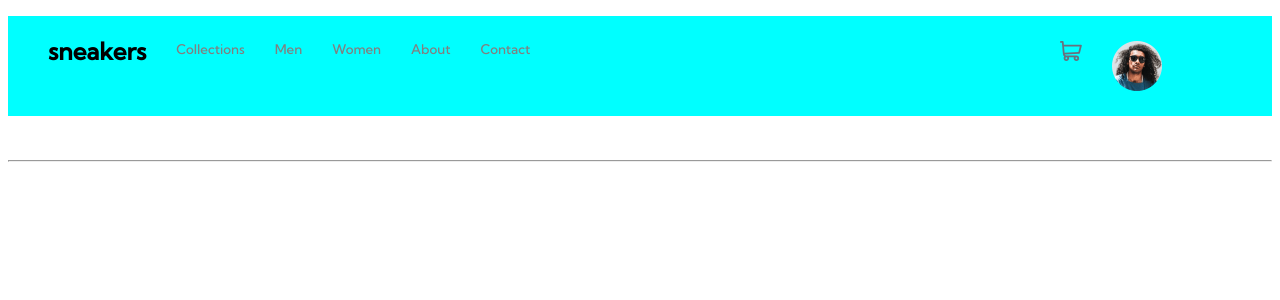
Repository: Abhi2359/frontendchallenge-2
Page: /
The author's editor kept a copy of each file at every save. The page is drawn from the files as they stood at one save, then again after a run of saves.
The browser window is 1280 px wide. The pictures show the whole page.
The project was rebuilt for these pictures with package versions that can differ from the ones it lists, and the page was loaded fresh each time.

Above is the page before, as saved 2023-02-11 00:25:31.

### src/App.js
import Navbar from "./components/Navbar/Navbar";


function App() {
  return (
    <div className="App">
     <Navbar/>

    </div>
  );
}

export default App;

### src/components/Navbar/Navbar.js
import React from "react";
import "./Navbar.css";
import { ReactComponent as Cart } from "../assets/images/icon-cart.svg";
import avatar from "../assets/images/image-avatar.png";
const Navbar = () => {
  return (
    <header className="header">
      <div className="navigation">
        <nav className="navbar">
          <ul>
            <h1>sneakers</h1>
            <li>
              <a href="#">Collections</a>
            </li>
            <li>
              <a href="#">Men</a>
            </li>
            <li>
              <a href="#">Women</a>
            </li>
            <li>
              <a href="#">About</a>
            </li>
            <li>
              <a href="#">Contact</a>
            </li>
            <div class="cart">
              <li>
                <Cart />
              </li>
              <li>
                <img src={avatar} alt="avatar-logo" className="avatar" />
              </li>
            </div>
          </ul>
          <div class="horizontal_break">

          <hr  />
          </div>
        </nav>
      </div>
    </header>
  );
};

export default Navbar;

### src/components/Navbar/Navbar.css
@import url('https://fonts.googleapis.com/css2?family=Kumbh+Sans:wght@500&family=Poppins:ital,wght@0,300;0,400;0,500;1,600&display=swap');


.header{
    background-color: aqua;
    height: 100px;
}

.navigation{

   b
}
.navbar{
    height: 20px;
}
.navbar ul{
    display: flex;
    list-style-type: none;
    font-family: 'Kumbh Sans', sans-serif;



}
.navbar ul li{
    margin-top: 25px;
    margin-left: 30px;
    font-size: smaller;
}

.navbar ul li a{
 text-decoration: none;
 color: gray;
}

 h1{
    font-weight: 600;
 }

 .avatar{
    height: 50px;
    padding-bottom: 50px;
    flex-grow: 4;
 }
.cart{
    display: flex;
    margin-left: 500px;
}
 .horizontal_break{
    margin-bottom: 20px;
 }

Loaded but not shown: public/index.html (common file); src/index.js (common file)

After the next 2 saves:
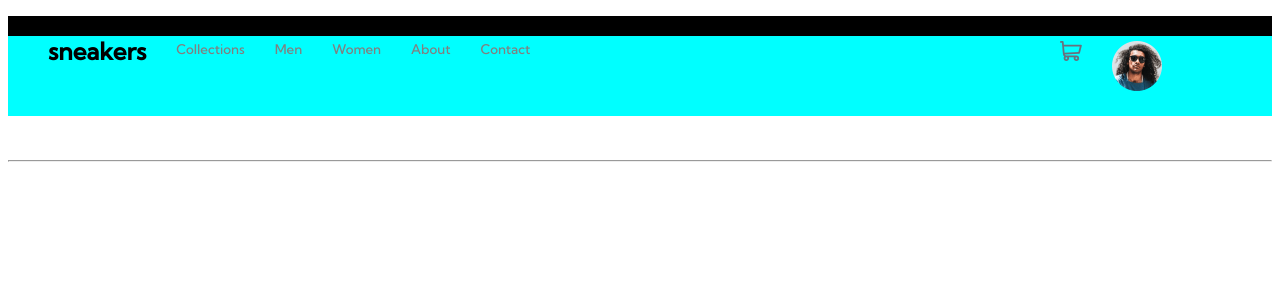
The 2 saves are shown as one change because they came seconds apart.
The last was saved 8 s later.
--- a/src/components/Navbar/Navbar.css
+++ b/src/components/Navbar/Navbar.css
@@ -8,7 +8,7 @@
 
 .navigation{
 
-   b
+   background-color: black;
 }
 .navbar{
     height: 20px;

After the 2 saves that followed:
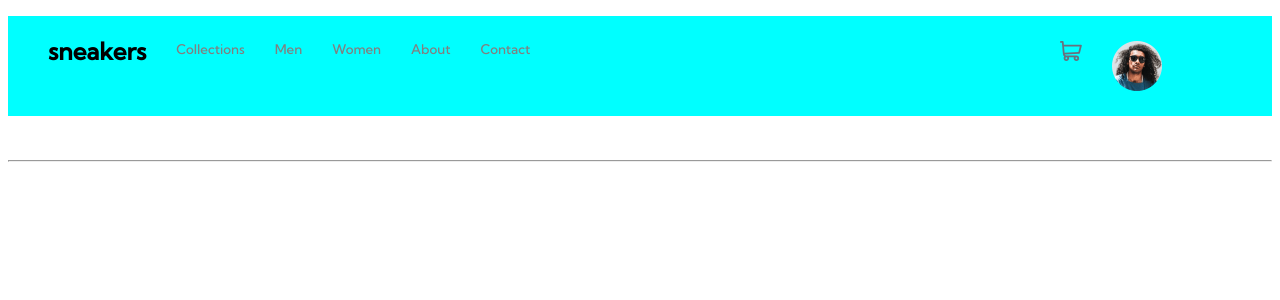
The 2 saves are shown as one change because 1 did not build or start.
The last was saved 32 s later.
--- a/src/components/Navbar/Navbar.js
+++ b/src/components/Navbar/Navbar.js
@@ -5,7 +5,7 @@ import avatar from "../assets/images/image-avatar.png";
 const Navbar = () => {
   return (
     <header className="header">
-      <div className="navigation">
+
         <nav className="navbar">
           <ul>
             <h1>sneakers</h1>
@@ -38,7 +38,7 @@ const Navbar = () => {
           <hr  />
           </div>
         </nav>
-      </div>
+
     </header>
   );
 };
